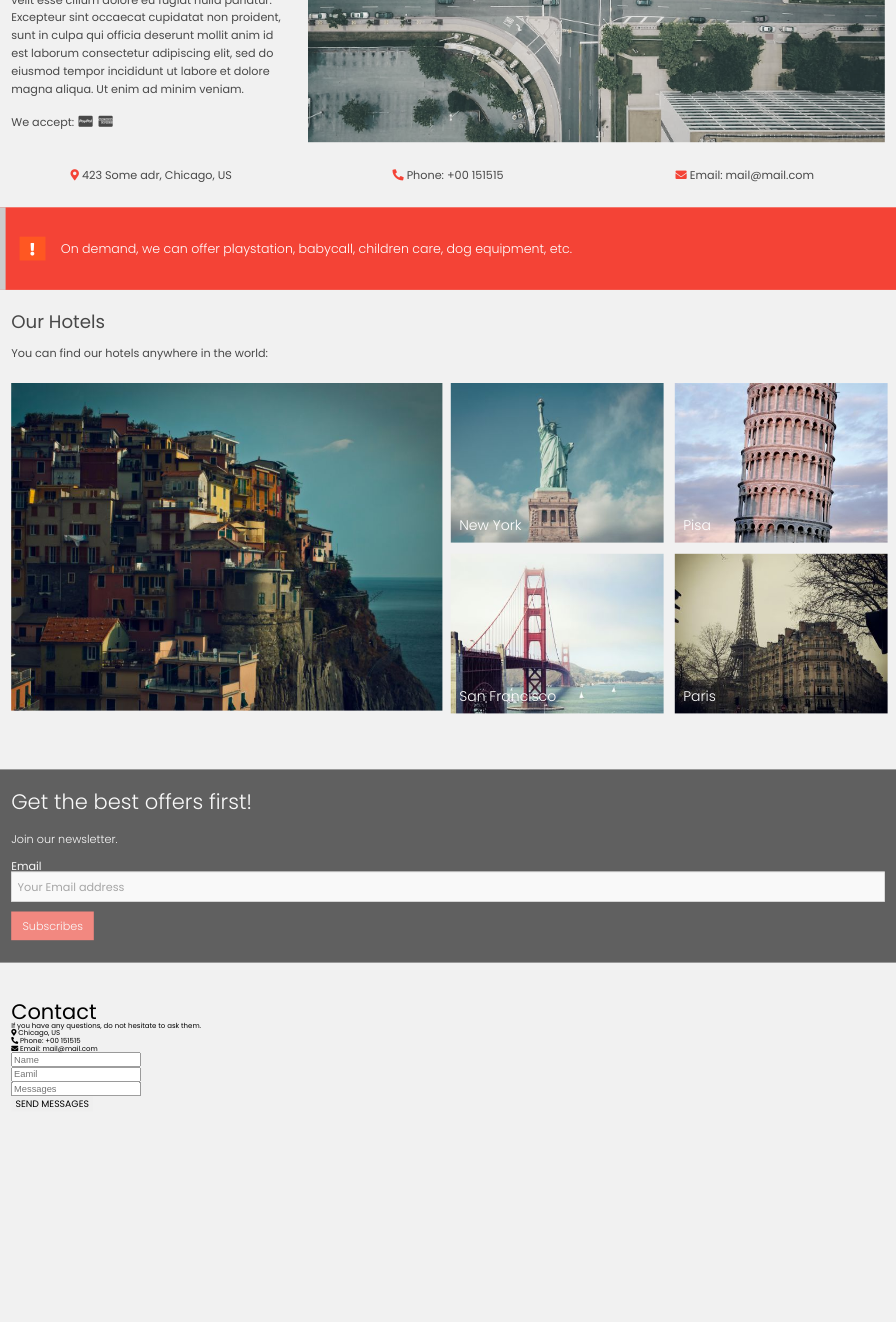
Repository: phamhuuloc/Travel_Template
Page: index.html
An editor plug-in stored every save of this project. The page is shown before and after the next save, followed by the edit.
The browser window is 1280 px wide. The pictures show the part of the page from y = 1813 to 3733 px (the page is 3701 px tall before and 3733 px after), at 70% of full size.
The style sheet was rebuilt from its Sass, Less or Tailwind sources for each picture, by a compiler version that may differ from the author's.

Above is the page before, as saved 2021-09-18 19:48:13.

After the next save:
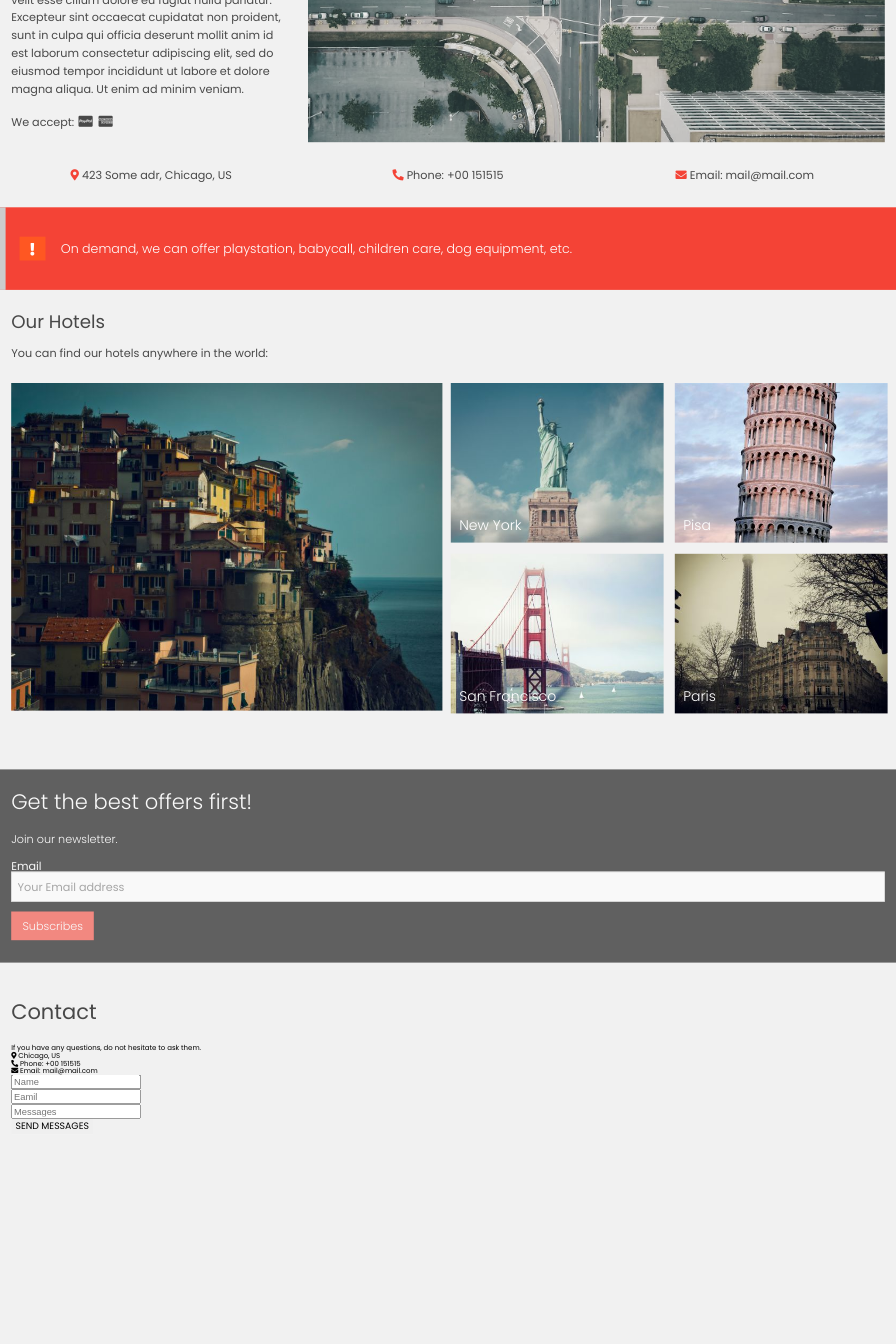
Saved 57 s later.
--- a/assets/main.scss
+++ b/assets/main.scss
@@ -373,5 +373,7 @@ sup {
   padding: 0 1.6rem;
   &__title {
     font-size: 3rem;
-  }
-}
+    color: $text-color;
+    margin-bottom: 3.2rem;
+  }
+}
